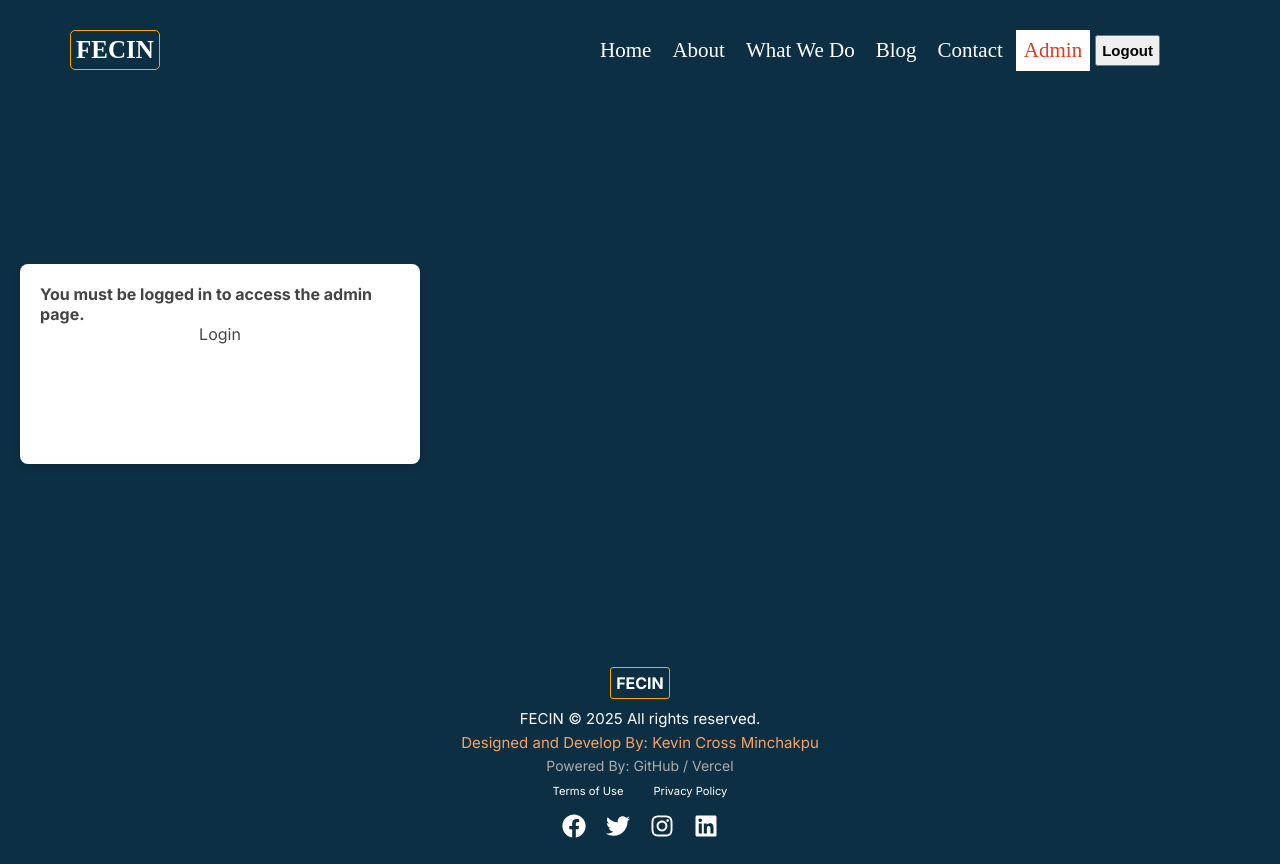
Repository: KCMinchakpu/fecin-projectgs497
Page: /admin
These files come from the project's save history. The page is drawn as it stood at one moment and after the next save; the edit follows.
The browser window is 1280 px wide. The pictures show the whole page.
The page's requests for data from a server got no answer. The project was rebuilt for these pictures with package versions that can differ from the ones it lists, and the page was loaded fresh each time. Some packages were replaced by stand-ins written for this rebuild. The framework's server and built-in components were replaced by stand-ins that run in the browser. No one was signed in, and anything a server would have sent is missing. Queries for data that is not in the repository find no rows. Also part of the build but not shown: next.config.mjs.

Above is the page before, as saved 2025-04-12 04:59:11.

After the next save:
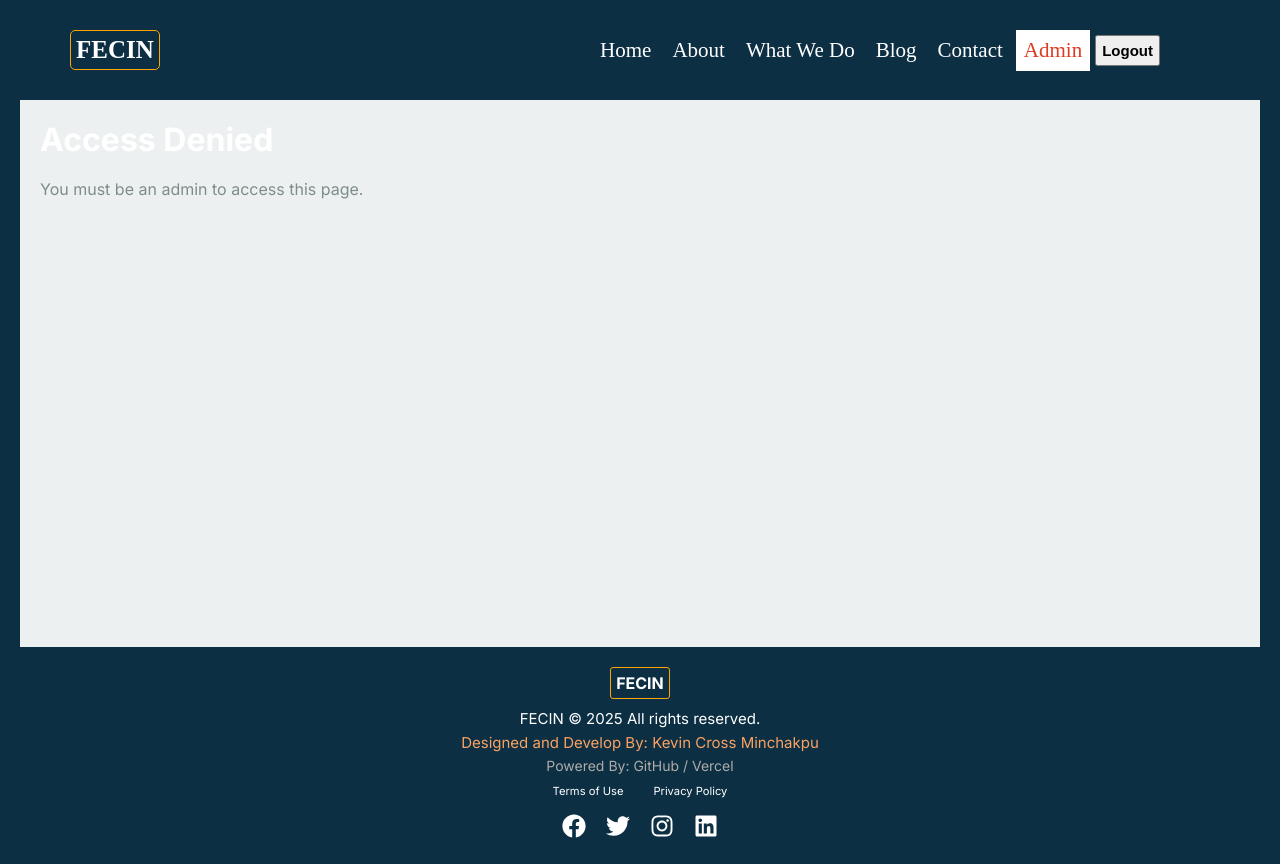
Saved 3 min 1 s later.
--- a/src/app/admin/page.jsx
+++ b/src/app/admin/page.jsx
@@ -1,42 +1,69 @@
-
+// src/app/admin/page.tsx
 import React from "react";
 import { getSession } from "next-auth/react";
 import Link from "next/link";
-
-
+import styles from "../../styles/admin.module.css";
 
 const AdminPage = async () => {
   const session = await getSession();
 
   // If there's no session, redirect to login
-  if (!session) {
+  if (!session || session.user.role !== "admin") {
     return (
-      <div class="callnana">
-        <h4>You must be logged in to access the admin page.</h4>
-        <Link href="/login">Login</Link>
+      <div className={styles.mainContent}>
+        <h1>Access Denied</h1>
+        <p>You must be an admin to access this page.</p>
       </div>
     );
   }
 
   return (
-    <div>
-      <h1>Admin Dashboard</h1>
-      <nav>
+    <div className={styles.adminContainer}>
+      <div className={styles.sidebar}>
+        <h1>Admin Dashboard</h1>
         <ul>
           <li>
-            <Link href="/admin/events">Manage Events</Link>
+            <Link href="/admin/events" className={styles.sidebarLink}>
+              Manage Events
+            </Link>
           </li>
           <li>
-            <Link href="/admin/users">Manage Users</Link>
+            <Link href="/admin/users" className={styles.sidebarLink}>
+              Manage Users
+            </Link>
           </li>
           <li>
-            <Link href="/admin/blog">Manage Blog Posts</Link>
+            <Link href="/admin/blog" className={styles.sidebarLink}>
+              Manage Blog Posts
+            </Link>
           </li>
           <li>
-            <Link href="/admin/settings">Settings</Link>
+            <Link href="/admin/settings" className={styles.sidebarLink}>
+              Settings
+            </Link>
           </li>
         </ul>
-      </nav>
+      </div>
+
+      <div className={styles.mainContent}>
+        <h1>Admin Dashboard</h1>
+        <nav className={styles.nav}>
+          <ul>
+            <li>
+              <Link href="/admin/events">Manage Events</Link>
+            </li>
+            <li>
+              <Link href="/admin/users">Manage Users</Link>
+            </li>
+            <li>
+              <Link href="/admin/blog">Manage Blog Posts</Link>
+            </li>
+            <li>
+              <Link href="/admin/settings">Settings</Link>
+            </li>
+          </ul>
+        </nav>
+      </div>
     </div>
   );
 };
